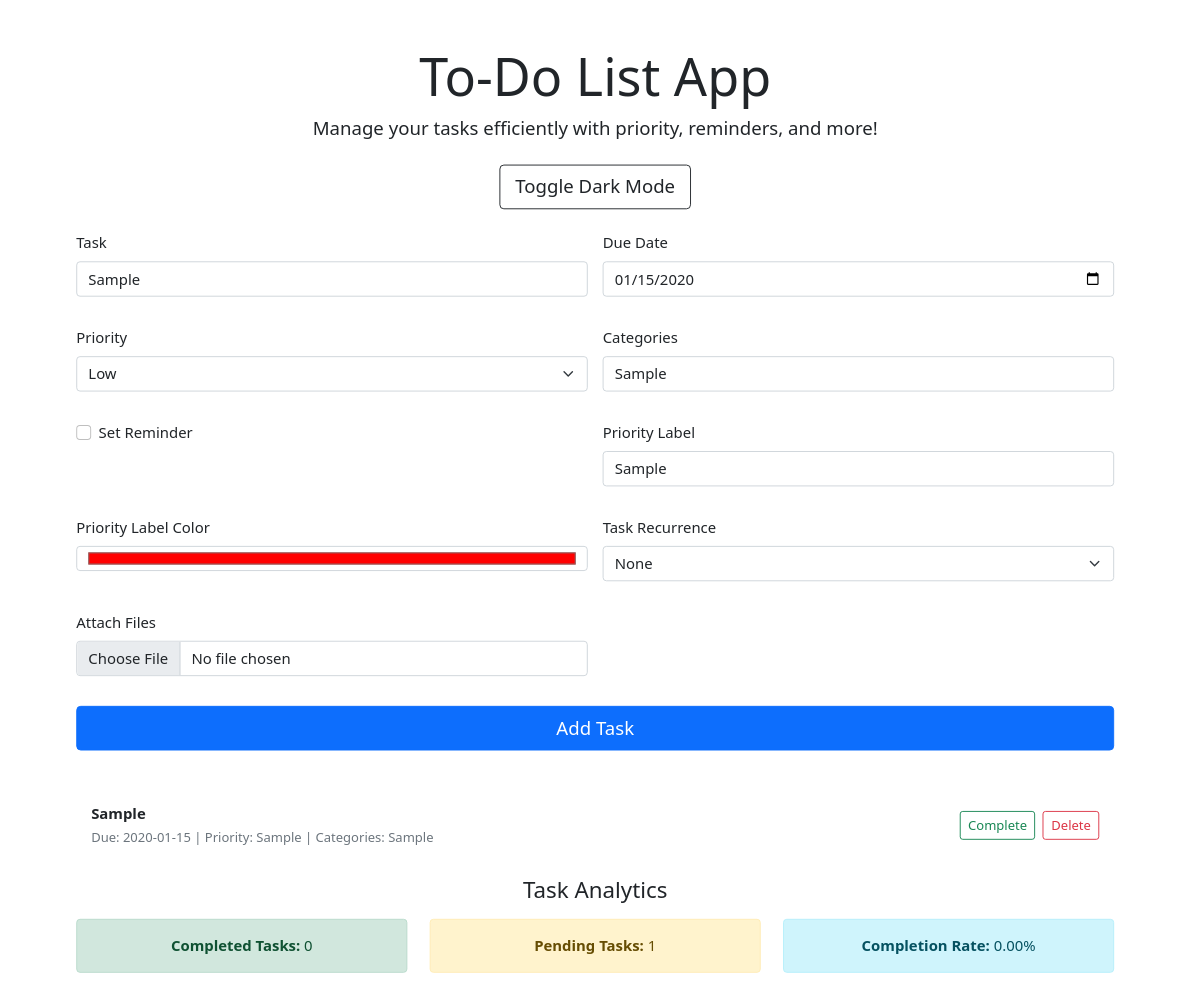
Repository: saniyaacharya04/todo-basic
Page: index.html
The author's editor kept a copy of each file at every save. The page is drawn from the files as they stood at one save, then again after the next save.
The browser window is 1280 px wide. The pictures show the whole page, at 93% of full size.
Empty fields were first filled with sample values (such as "Sample", 5 or name@example.com).
After loading, the first visible `#add-task-btn` was clicked once.

Above is the page before, as saved 2025-05-12 18:03:30.

After the next save:
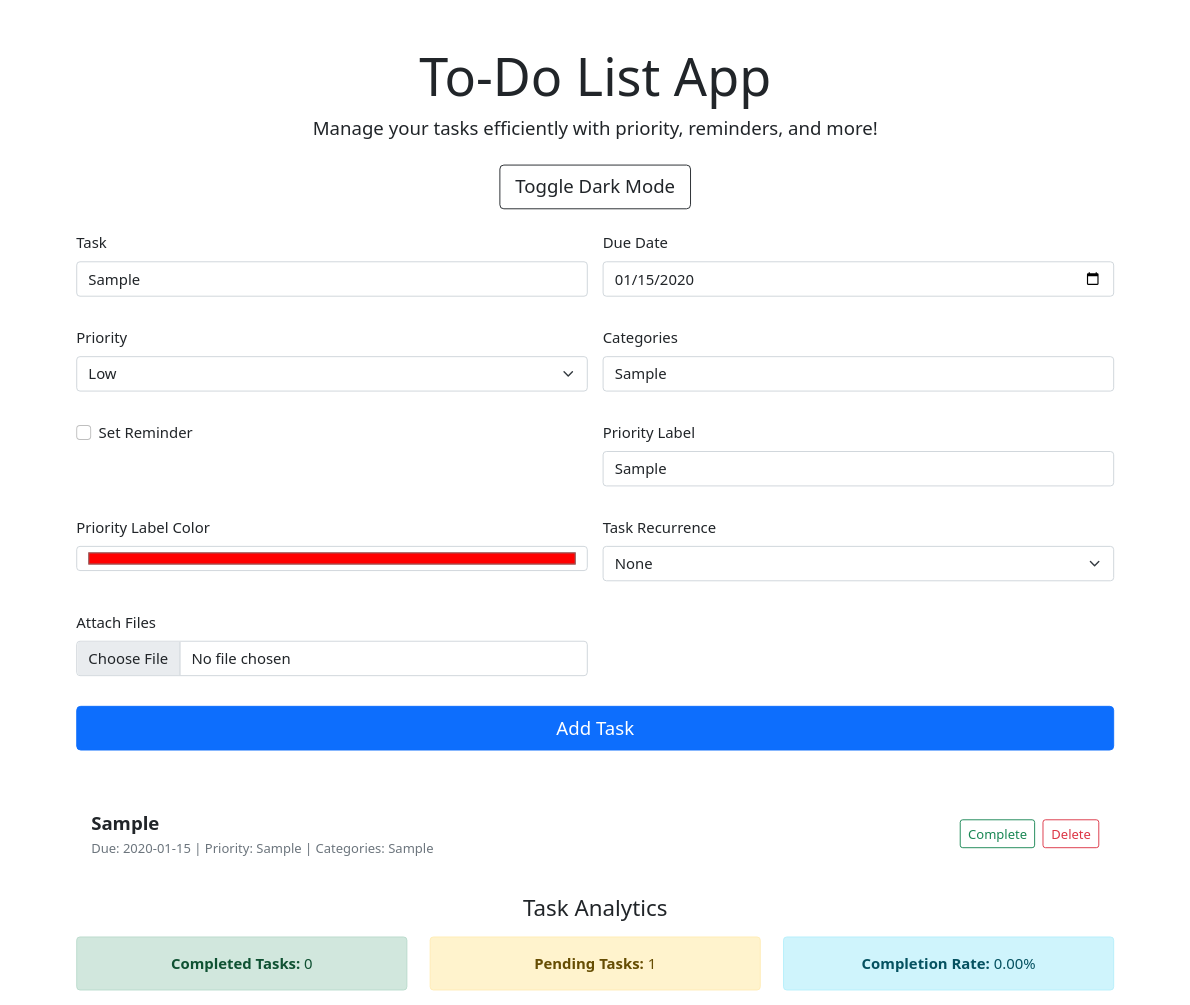
Saved 30 s later.
--- a/script.js
+++ b/script.js
@@ -23,27 +23,38 @@
   localStorage.setItem("tasks", JSON.stringify(tasks));
 }
 
-// Render tasks and analytics
 function renderTasks() {
   const taskList = document.getElementById("task-list");
-  taskList.innerHTML = "";
+  taskList.innerHTML = ""; // Clear the list before rendering new tasks
 
   tasks.forEach((task, index) => {
     const li = document.createElement("li");
-    li.className = `list-group-item d-flex flex-column flex-md-row justify-content-between align-items-start align-items-md-center`;
-
-    const left = document.createElement("div");
-    left.className = "me-md-3";
-
+    li.className = `list-group-item d-flex justify-content-between align-items-center border-0 p-3 rounded-3`;
+
+    // Task container
+    const taskContainer = document.createElement("div");
+    taskContainer.className = `d-flex justify-content-between align-items-center w-100`;
+
+    // Left section - Task details
+    const taskDetails = document.createElement("div");
+    taskDetails.className = "d-flex flex-column";
+
+    // Task title
     const taskTitle = document.createElement("div");
-    taskTitle.innerHTML = `<strong>${task.text}</strong>`;
+    taskTitle.className = "fs-5 fw-bold";
+    taskTitle.innerHTML = `${task.text}`;
     if (task.completed) {
-      taskTitle.classList.add("task-completed");
-    }
-
-    const details = document.createElement("small");
-    details.className = "text-muted";
-    details.innerHTML = `Due: ${task.dueDate || "N/A"} | Priority: ${task.priorityLabel || task.priority} | Categories: ${task.categories.join(", ")}`;
+      taskTitle.classList.add("text-decoration-line-through", "text-muted");
+    }
+
+    // Task due date and other details
+    const taskInfo = document.createElement("small");
+    taskInfo.className = "text-muted";
+    taskInfo.innerHTML = `Due: ${task.dueDate || "N/A"} | Priority: ${task.priorityLabel || task.priority} | Categories: ${task.categories.join(", ")}`;
+
+    if (task.recurrence !== "none") {
+      taskInfo.innerHTML += `<br><strong>Recurrence: ${task.recurrence}</strong>`;
+    }
 
     if (task.dueDate) {
       const dueDate = new Date(task.dueDate);
@@ -52,37 +63,41 @@
         const hours = Math.floor(timeRemaining / 3600000);
         const minutes = Math.floor((timeRemaining % 3600000) / 60000);
         const seconds = Math.floor((timeRemaining % 60000) / 1000);
-        details.innerHTML += `<br><strong>Time Remaining: ${hours}h ${minutes}m ${seconds}s</strong>`;
+        taskInfo.innerHTML += `<br><strong>Time Remaining: ${hours}h ${minutes}m ${seconds}s</strong>`;
       }
     }
 
-    if (task.recurrence !== "none") {
-      details.innerHTML += `<br><strong>Recurrence: ${task.recurrence}</strong>`;
-    }
-
-    left.append(taskTitle, details);
-
-    const right = document.createElement("div");
-    right.className = "mt-2 mt-md-0 d-flex gap-2";
+    taskDetails.append(taskTitle, taskInfo);
+
+    // Right section - Action buttons
+    const actionBtns = document.createElement("div");
+    actionBtns.className = "d-flex gap-2";
 
     const completeBtn = document.createElement("button");
     completeBtn.className = `btn btn-sm ${task.completed ? "btn-success" : "btn-outline-success"}`;
-    completeBtn.textContent = task.completed ? "Done" : "Complete";
+    completeBtn.innerHTML = task.completed ? `<i class="bi bi-check-circle"></i> Done` : `<i class="bi bi-check-circle"></i> Complete`;
     completeBtn.onclick = () => toggleComplete(index);
 
     const delBtn = document.createElement("button");
     delBtn.className = "btn btn-sm btn-outline-danger";
-    delBtn.textContent = "Delete";
+    delBtn.innerHTML = `<i class="bi bi-trash"></i> Delete`;
     delBtn.onclick = () => deleteTask(index);
 
-    right.append(completeBtn, delBtn);
-
-    li.append(left, right);
+    actionBtns.append(completeBtn, delBtn);
+
+    // Append left and right sections to the task container
+    taskContainer.append(taskDetails, actionBtns);
+
+    // Append task container to the list item
+    li.append(taskContainer);
+
+    // Append the list item to the task list
     taskList.appendChild(li);
   });
 
   renderAnalytics();
 }
+
 
 // Render Analytics
 function renderAnalytics() {

After the save that followed:
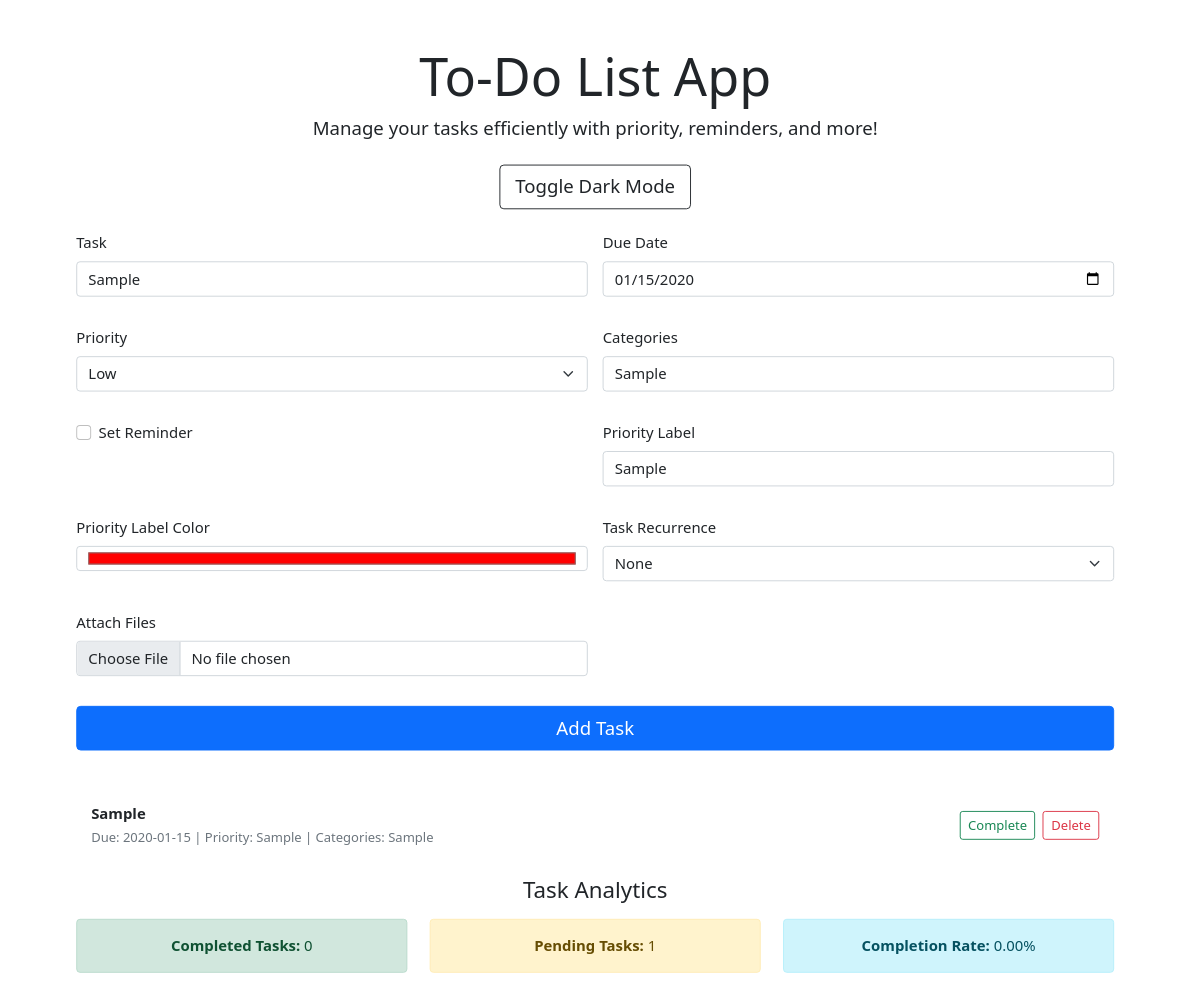
Saved 5 s later.
--- a/script.js
+++ b/script.js
@@ -23,38 +23,27 @@
   localStorage.setItem("tasks", JSON.stringify(tasks));
 }
 
+// Render tasks and analytics
 function renderTasks() {
   const taskList = document.getElementById("task-list");
-  taskList.innerHTML = ""; // Clear the list before rendering new tasks
+  taskList.innerHTML = "";
 
   tasks.forEach((task, index) => {
     const li = document.createElement("li");
-    li.className = `list-group-item d-flex justify-content-between align-items-center border-0 p-3 rounded-3`;
+    li.className = `list-group-item d-flex flex-column flex-md-row justify-content-between align-items-start align-items-md-center`;
 
-    // Task container
-    const taskContainer = document.createElement("div");
-    taskContainer.className = `d-flex justify-content-between align-items-center w-100`;
+    const left = document.createElement("div");
+    left.className = "me-md-3";
 
-    // Left section - Task details
-    const taskDetails = document.createElement("div");
-    taskDetails.className = "d-flex flex-column";
-
-    // Task title
     const taskTitle = document.createElement("div");
-    taskTitle.className = "fs-5 fw-bold";
-    taskTitle.innerHTML = `${task.text}`;
+    taskTitle.innerHTML = `<strong>${task.text}</strong>`;
     if (task.completed) {
-      taskTitle.classList.add("text-decoration-line-through", "text-muted");
+      taskTitle.classList.add("task-completed");
     }
 
-    // Task due date and other details
-    const taskInfo = document.createElement("small");
-    taskInfo.className = "text-muted";
-    taskInfo.innerHTML = `Due: ${task.dueDate || "N/A"} | Priority: ${task.priorityLabel || task.priority} | Categories: ${task.categories.join(", ")}`;
-
-    if (task.recurrence !== "none") {
-      taskInfo.innerHTML += `<br><strong>Recurrence: ${task.recurrence}</strong>`;
-    }
+    const details = document.createElement("small");
+    details.className = "text-muted";
+    details.innerHTML = `Due: ${task.dueDate || "N/A"} | Priority: ${task.priorityLabel || task.priority} | Categories: ${task.categories.join(", ")}`;
 
     if (task.dueDate) {
       const dueDate = new Date(task.dueDate);
@@ -63,41 +52,37 @@
         const hours = Math.floor(timeRemaining / 3600000);
         const minutes = Math.floor((timeRemaining % 3600000) / 60000);
         const seconds = Math.floor((timeRemaining % 60000) / 1000);
-        taskInfo.innerHTML += `<br><strong>Time Remaining: ${hours}h ${minutes}m ${seconds}s</strong>`;
+        details.innerHTML += `<br><strong>Time Remaining: ${hours}h ${minutes}m ${seconds}s</strong>`;
       }
     }
 
-    taskDetails.append(taskTitle, taskInfo);
+    if (task.recurrence !== "none") {
+      details.innerHTML += `<br><strong>Recurrence: ${task.recurrence}</strong>`;
+    }
 
-    // Right section - Action buttons
-    const actionBtns = document.createElement("div");
-    actionBtns.className = "d-flex gap-2";
+    left.append(taskTitle, details);
+
+    const right = document.createElement("div");
+    right.className = "mt-2 mt-md-0 d-flex gap-2";
 
     const completeBtn = document.createElement("button");
     completeBtn.className = `btn btn-sm ${task.completed ? "btn-success" : "btn-outline-success"}`;
-    completeBtn.innerHTML = task.completed ? `<i class="bi bi-check-circle"></i> Done` : `<i class="bi bi-check-circle"></i> Complete`;
+    completeBtn.textContent = task.completed ? "Done" : "Complete";
     completeBtn.onclick = () => toggleComplete(index);
 
     const delBtn = document.createElement("button");
     delBtn.className = "btn btn-sm btn-outline-danger";
-    delBtn.innerHTML = `<i class="bi bi-trash"></i> Delete`;
+    delBtn.textContent = "Delete";
     delBtn.onclick = () => deleteTask(index);
 
-    actionBtns.append(completeBtn, delBtn);
+    right.append(completeBtn, delBtn);
 
-    // Append left and right sections to the task container
-    taskContainer.append(taskDetails, actionBtns);
-
-    // Append task container to the list item
-    li.append(taskContainer);
-
-    // Append the list item to the task list
+    li.append(left, right);
     taskList.appendChild(li);
   });
 
   renderAnalytics();
 }
-
 
 // Render Analytics
 function renderAnalytics() {
